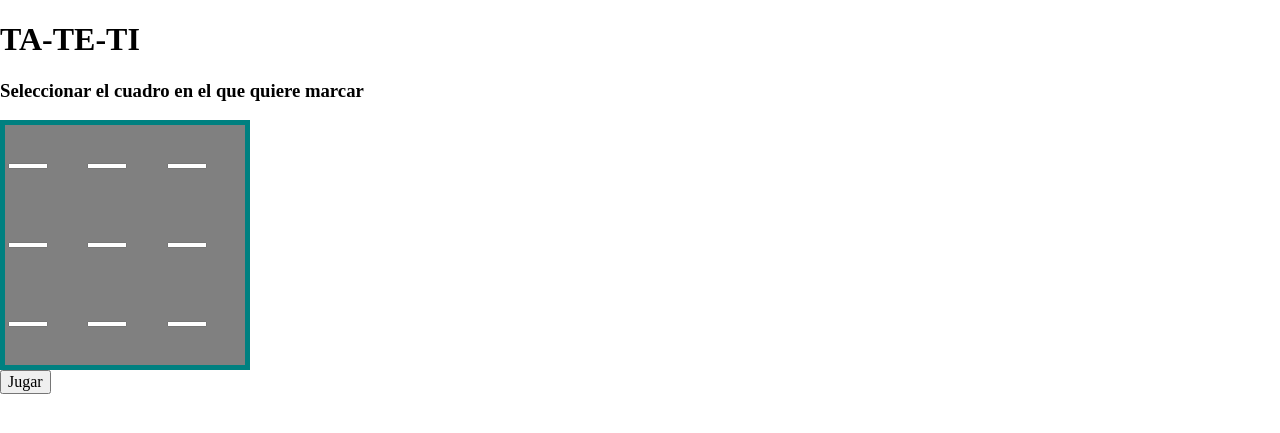
Repository: Lean97-start/TATETI
Page: Tateti.html
The author's editor kept a copy of each file at every save. The page is drawn from the files as they stood at one save, then again after a run of saves.
The browser window is 1280 px wide. The pictures show the whole page.

Above is the page before, as saved 2021-03-30 12:29:10.

After the next 3 saves:
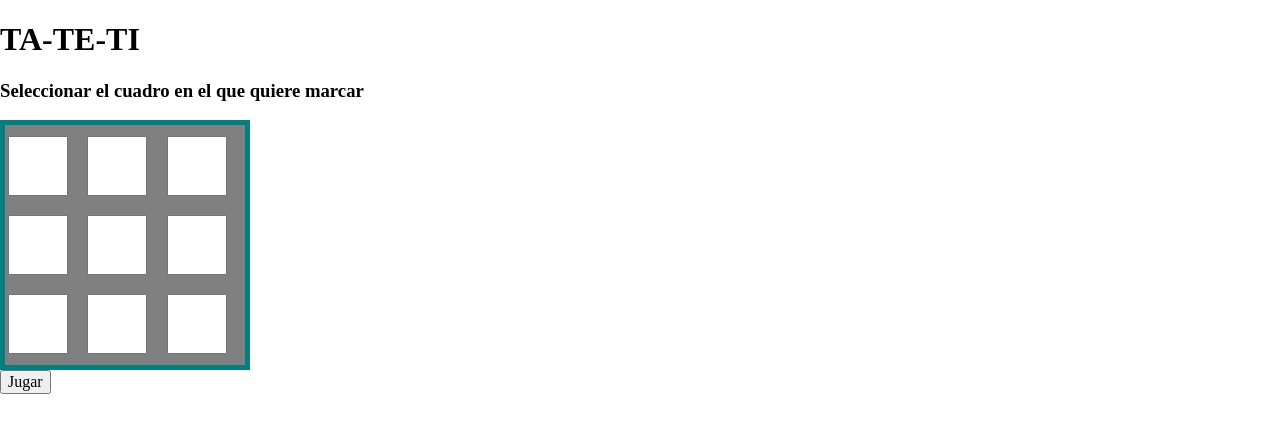
The 3 saves are shown as one change because they came seconds apart.
The last was saved 9 s later.
--- a/Tateti.css
+++ b/Tateti.css
@@ -7,8 +7,8 @@
     width: 250px;
 }
 .entradas{
-    height: 0px;
-    width: 40px;
+    height: 60px;
+    width: 60px;
     box-sizing: border-box;
     margin: auto;
 }
